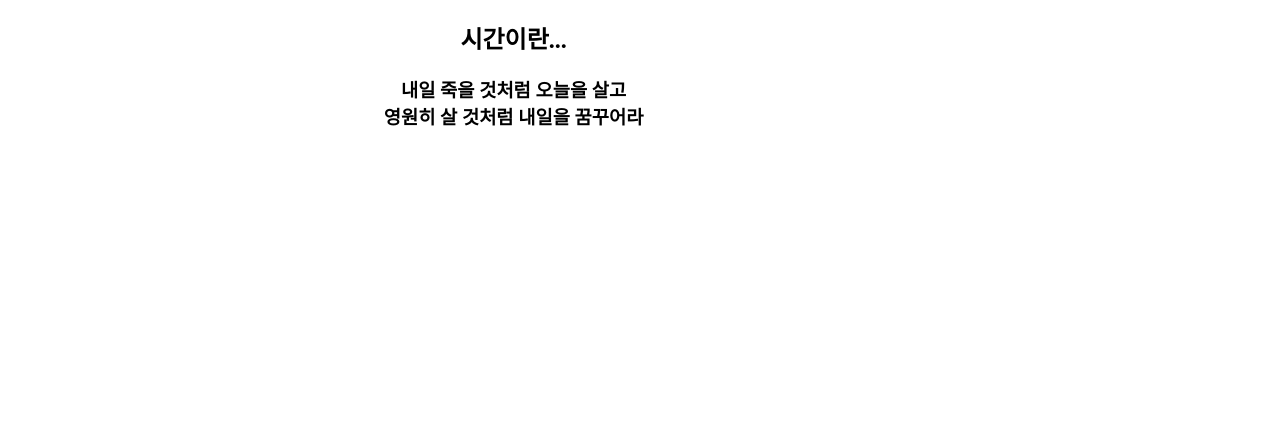
Repository: dbstjrals130/jspworks
Page: http://localhost/jwbook/time.jsp
The author's editor kept a copy of each file at every save. The page is drawn from the files as they stood at one save, then again after the next save.
The browser window is 1280 px wide. The pictures show the whole page.
The page is served by Tomcat 9.

Above is the page before, as saved 2023-11-20 02:57:56.

### jwbook/src/main/webapp/time.jsp
<%@ page language="java" contentType="text/html; charset=UTF-8"
    pageEncoding="UTF-8"%>
<!DOCTYPE html>
<html>
<head>
<meta charset="UTF-8">
<meta name="viewport" content="width=device-width, initial-scale=1.0">
<title>시간이란...</title>
<style>
	#wrap{width: 80%; margin; 0 auto; text-align: center}
</style>
</head>
<body>
	<div id="wrap">
		<h2>시간이란...</h2>
		<h3>내일 죽을 것처럼 오늘을 살고<br>
			영원히 살 것처럼 내일을 꿈꾸어라</h3>
	</div>
</body>
</html>

After the next save:
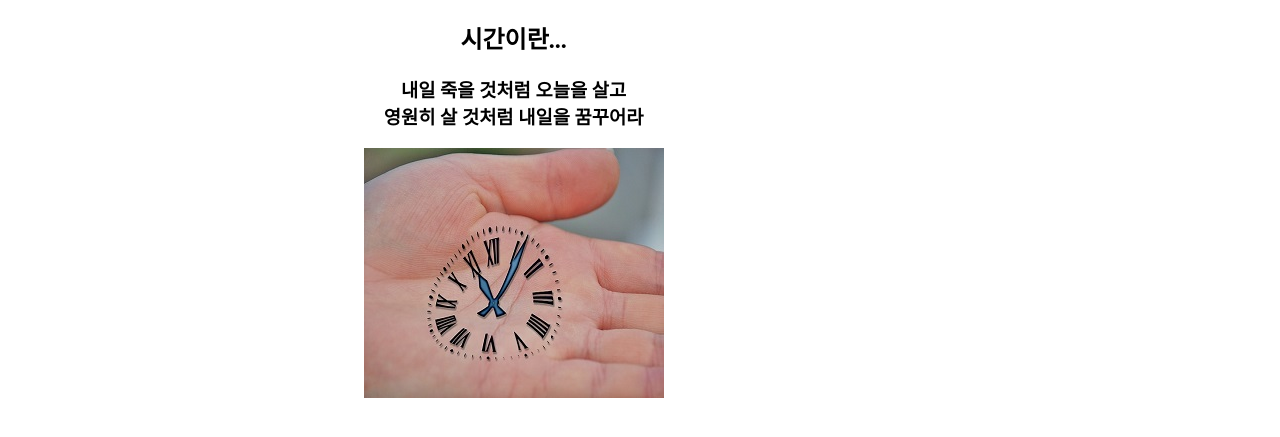
Saved 2 min 35 s later.
--- a/jwbook/src/main/webapp/time.jsp
+++ b/jwbook/src/main/webapp/time.jsp
@@ -15,6 +15,9 @@
 		<h2>시간이란...</h2>
 		<h3>내일 죽을 것처럼 오늘을 살고<br>
 			영원히 살 것처럼 내일을 꿈꾸어라</h3>
+		<div>
+			<img src="resources/images/time.jpg" alt="시계">
+		</div>
 	</div>
 </body>
 </html>
